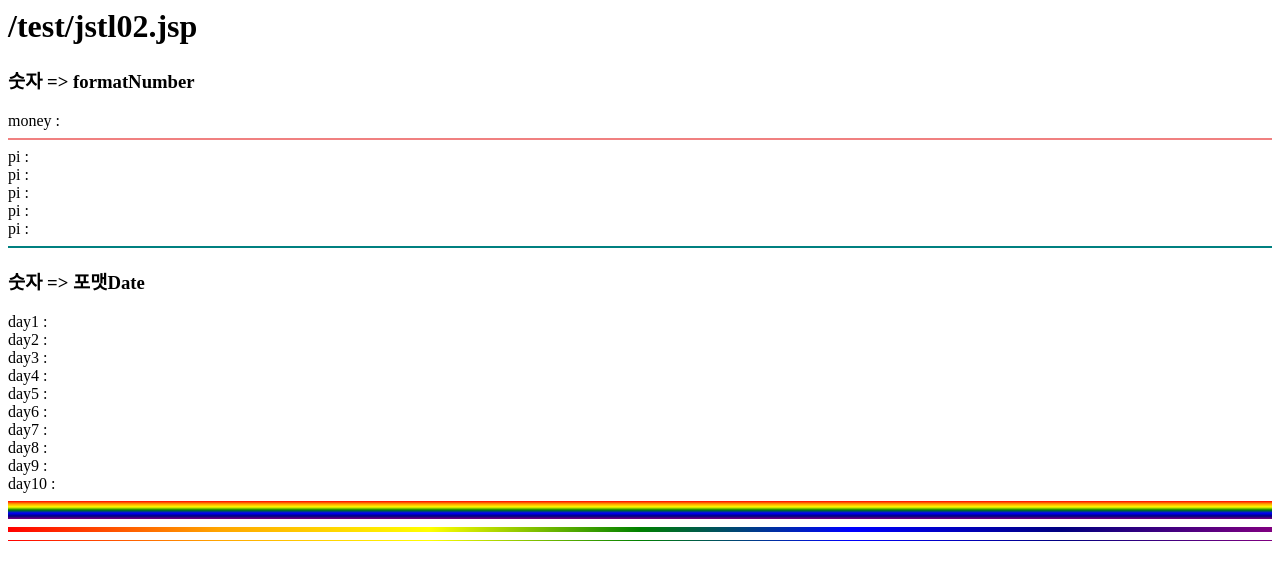
Repository: khsik/Woori-Computer-Academy
Page: http://localhost/mvc/WEB-INF/views/test/jstl02.jsp
An editor plug-in stored every save of this project. The page is shown before and after the next save, followed by the edit.
The browser window is 1280 px wide. The pictures show the whole page.
The page is served by Tomcat 9. Nobody is signed in. The template is opened directly, without the code that normally fills it, so the values that code supplies are empty.

Above is the page before, as saved 2024-05-13 07:33:07.

After the next save:
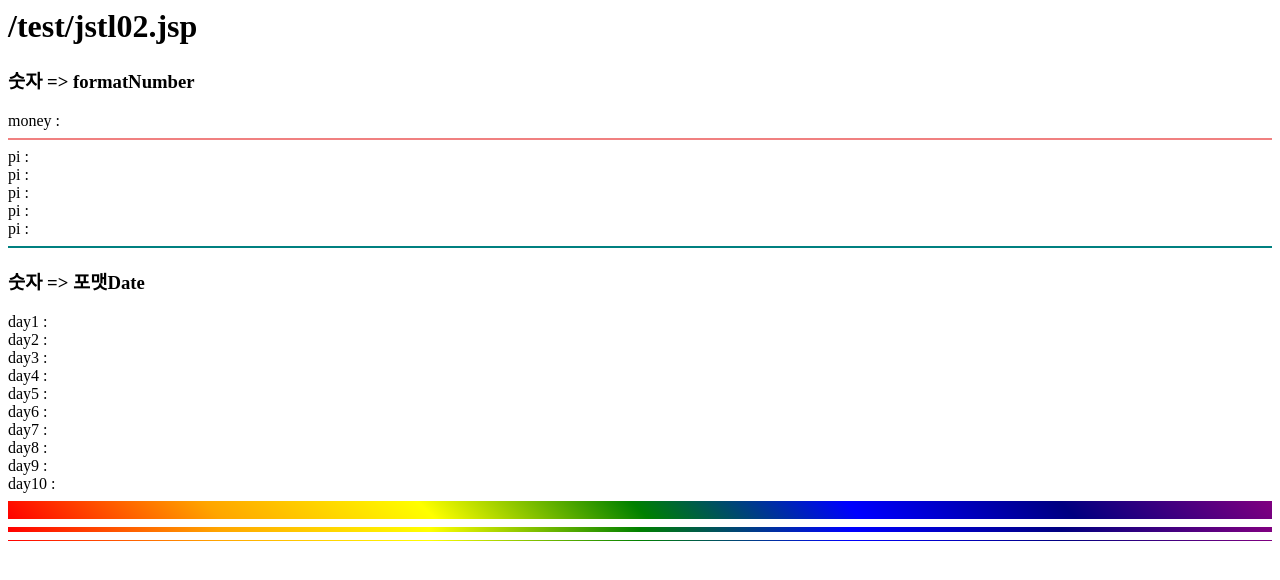
Saved 15 s later.
--- a/mvc/src/main/webapp/WEB-INF/views/test/jstl02.jsp
+++ b/mvc/src/main/webapp/WEB-INF/views/test/jstl02.jsp
@@ -31,6 +31,6 @@ day8 : <fmt:formatDate value="${day }" type="date" dateStyle="medium" /> <br>
 day9 : <fmt:formatDate value="${day }" type="date" dateStyle="short" /> <br>
 day10 : <fmt:formatDate value="${day }" type="date" dateStyle="default" /> <br>
 
-<hr size="20px" style="border:0; background: linear-gradient(180deg, red, orange, yellow, green, blue, navy, purple);">
+<hr size="20px" style="border:0; background: linear-gradient(45deg, red, orange, yellow, green, blue, navy, purple);">
 <hr size="7px" style="border:0; background: linear-gradient(0.25turn, red, orange, yellow, green, blue, navy, purple);">
 <hr size="3px" style="border:0; background: linear-gradient(0.25turn, red, orange, yellow, green, blue, navy, purple);">
